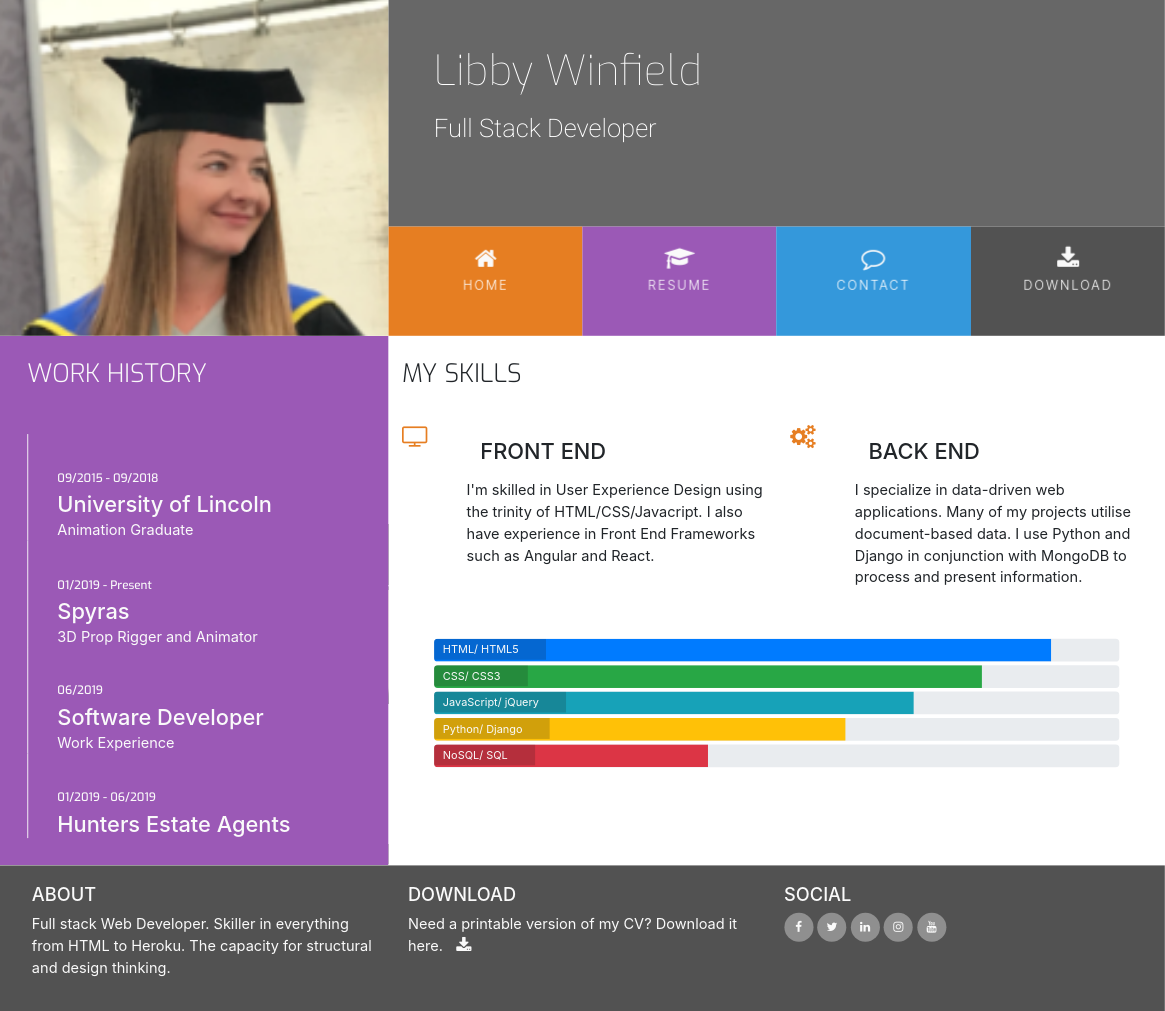
Repository: LibbyWin/CV
Page: resume.html
The author's editor kept a record of every edit. The page is drawn from the files as they stood at one moment, then again after the next edit.
The browser window is 1280 px wide. The pictures show the whole page, at 91% of full size.

Above is the page before.

### resume.html
<!DOCTYPE html>
<html lang="en">

<head>
    <meta charset="UTF-8">
    <meta name="viewport" content="width=device-width, initial-scale=1.0">
    <meta http-equiv="X-UA-Compatible" content="ie=edge">
    <link rel="stylesheet" href="https://stackpath.bootstrapcdn.com/bootstrap/4.3.1/css/bootstrap.min.css" type="text/css" />
    <link rel="stylesheet" href="https://stackpath.bootstrapcdn.com/font-awesome/4.7.0/css/font-awesome.min.css" type="text/css" />
    <link rel="stylesheet" href="https://cdnjs.cloudflare.com/ajax/libs/hover.css/2.3.1/css/hover-min.css" type="text/css" />
    <link rel="stylesheet" href="assets/css/style.css" type="text/css" />
    <title>Libby Winfield</title>
    <style>
        @import url('https://fonts.googleapis.com/css?family=Exo&display=swap');
    </style>
</head>

<body>
    <header>
        <div class="row no-gutters">
            <a href="index.html" class="col-md-4 logo">

            </a>
            <div class="col-md-8">
                <div class="row no-gutters bg-color-name-title">
                    <div class="col heading">
                        <h1 class="name">Libby Winfield</h1>
                        <h2 class="title">Full Stack Developer</h2>

                    </div>
                </div>
                <div class="row no-gutters">
                    <div class="col">
                        <ul id="nav" class="list-inline menucontainer">
                            <li class="col-6 col-sm-3 ui-menu-color-home list-inline-item menuitem">
                                <a href="#" class="hvr-sweep-to-bottom"><i class="fa fa-home" aria-hidden_"true"></i><span>Home</span></a>
                            </li>
                            <li class="col-6 col-sm-3 ui-menu-color-resume list-inline-item menuitem">
                                <a href="#" class="hvr-sweep-to-bottom"><i class="fa fa-graduation-cap" aria-hidden="true"></i><span>Resume</span></a>
                            </li>
                            <li class="col-6 col-sm-3 ui-menu-color-contact list-inline-item menuitem">
                                <a href="#" class="hvr-sweep-to-bottom"><i class="fa fa-comment-o" aria-hidden="true"></i><span>Contact</span></a>
                            </li>
                            <li class="col-6 col-sm-3 ui-menu-color-download list-inline-item menuitem">
                                <a href="#" class="hvr-sweep-to-bottom"><i class="fa fa-download" aria-hidden="true"></i><span>Download</span></a>
                            </li>
                        </ul>
                    </div>
                </div>


            </div>
        </div>
    </header>
    <section class="container-fluid">
        <div class="row">
            <div class="col-md-4 bg-color-work-history section-column">
                <div class="row">
                    <div class="col-12">
                        <h3 class="history-heading uppercase">
                            Work History
                        </h3>
                    </div>
                </div>
                <div class="timeline-item" data-dates="09/2015 - 09/2018">
                    <h4>University of Lincoln</h4>
                    <p>Animation Graduate</p>
                </div>

                <div class="timeline-item" data-dates="01/2019 - Present">
                    <h4>Spyras</h4>
                    <p>3D Prop Rigger and Animator</p>
                </div>

                <div class="timeline-item" data-dates="06/2019">
                    <h4>Software Developer</h4>
                    <p>Work Experience</p>
                </div>
                <div class="timeline-item" data-dates="01/2019 - 06/2019">
                    <h4>Hunters Estate Agents</h4>
                    <p></p>
                </div>
            </div>
            <div class="col-md-8 bg-color-three-reasons">
                <div class="row">
                    <div class="col">
                        <h3 class="section-heading uppercase">My Skills</h3>
                    </div>
                </div>
                <div class="row">
                    <div class="col-10 offset-1 offset-sm-0 col-sm-4 col-md-6">
                        <div class="row">
                            <div class="col-2">
                                <i class="three-reasons-icon fa fa-tv" aria-hidden="true"></i>
                            </div>
                            <div class="col-10">
                                <h4 class="three-reasons-heading uppercase">Front End</h4>
                                <p>I'm skilled in User Experience Design using the trinity of HTML/CSS/Javacript. I also have experience in Front End Frameworks such as Angular and React. </p>
                            </div>
                        </div>
                    </div>
                    <div class="col-10 offset-1 offset-sm-0 col-sm-4 col-md-6">
                        <div class="row">
                            <div class="col-2">
                                <i class="three-reasons-icon fa fa-gears" aria-hidden="true"></i>
                            </div>
                            <div class="col-10">
                                <h4 class="three-reasons-heading uppercase">Back End</h4>
                                <p>I specialize in data-driven web applications. Many of my projects utilise document-based data. I use Python and Django in conjunction with MongoDB to process and present information.</p>
                            </div>
                        </div>
                    </div>
                </div>
                <div class="row progress-section">
                    <div class="col">
                        <div class="progress">
                            <div class="progress-bar" role="progressbar" style="width: 90%" aria-valuenow="90" aria-valuemin="0" aria-valuemax="100">
                                <span class="sr-only">90% complete</span>
                            </div>
                            <span class="progress-type">HTML/ HTML5</span>
                        </div>

                        <div class="progress">
                            <div class="progress-bar bg-success" role="progressbar" style="width: 80%" aria-valuenow="80" aria-valuemin="0" aria-valuemax="100">
                                <span class="sr-only">80% complete</span>
                            </div>
                            <span class="progress-type">CSS/ CSS3</span>
                        </div>

                        <div class="progress">
                            <div class="progress-bar bg-info" role="progressbar" style="width: 70%" aria-valuenow="70" aria-valuemin="0" aria-valuemax="100">
                                <span class="sr-only">70% complete</span>
                            </div>
                            <span class="progress-type">JavaScript/ jQuery</span>
                        </div>

                        <div class="progress">
                            <div class="progress-bar bg-warning" role="progressbar" style="width: 60%" aria-valuenow="60" aria-valuemin="0" aria-valuemax="100">
                                <span class="sr-only">60% complete</span>
                            </div>
                            <span class="progress-type">Python/ Django</span>
                        </div>
                        <div class="progress">
                            <div class="progress-bar bg-danger" role="progressbar" style="width: 40%" aria-valuenow="40" aria-valuemin="0" aria-valuemax="100">
                                <span class="sr-only">40% complete</span>
                            </div>
                            <span class="progress-type">NoSQL/ SQL</span>
                        </div>
                    </div>
                </div>
            </div>
        </div>

    </section>

    <footer class="container-fluid">
        <div id="footer-details" class="row">
            <div class="col-sm-4">
                <h5 class="uppercase genreal-sub">About</h5>
                <p class="inline-block">Full stack Web Developer. Skiller in everything from HTML to Heroku. The capacity for structural and design thinking. </p>
            </div>
            <div class="col-sm-4">
                <h5 class="uppercase genreal-sub">Download</h5>
                </h5>
                <p class="inline-block">
                    Need a printable version of my CV? Download it here.
                    <a href="#" target="_blank" class="cv-pdf">
                        <i class="fa fa-download" aria-hidden="true"></i>
                        <span class="sr-only">Download Link.</span>
                    </a>
                </p>
            </div>
            <div class="col-sm-4">
                <h5 class="uppercase genreal-sub">Social</h5>
                <ul class="list-inline social-links">
                    <li class="list-inline-item">
                        <a target="_blank" href="#">
                            <i class="fa fa-facebook" aria-hidden="true"></i>
                            <span class="sr-only">Facebook</span>
                        </a>
                    </li>

                    <li class="list-inline-item">
                        <a target="_blank" href="#">
                            <i class="fa fa-twitter" aria-hidden="true"></i>
                            <span class="sr-only">Twitter</span>
                        </a>
                    </li>

                    <li class="list-inline-item">
                        <a target="_blank" href="#">
                            <i class="fa fa-linkedin" aria-hidden="true"></i>
                            <span class="sr-only">Linkedin</span>
                        </a>
                    </li>

                    <li class="list-inline-item">
                        <a target="_blank" href="#">
                            <i class="fa fa-instagram" aria-hidden="true"></i>
                            <span class="sr-only">Instagram</span>
                        </a>
                    </li>

                    <li class="list-inline-item">
                        <a target="_blank" href="#">
                            <i class="fa fa-youtube" aria-hidden="true"></i>
                            <span class="sr-only">Youtube</span>
                        </a>
                    </li>
                </ul>
            </div>
        </div>

    </footer>

</body>

</html>

### assets/css/style.css
@import url('https://fonts.googleapis.com/css?family=Roboto:100,200,300,400,500,600,700|Exo:100,200,300,400,500,600,700');

/*--------------------------------------------Colors*/

.bg-color-name-title {
    background-color: #676767;
}

.bg-color-three-reasons {
    background-color: #fff;
}

.bg-color-personal-info {
    background-color: #f4f4f4;
}

.bg-color-work-history {
    background-color: #9b59b6;
}

.ui-menu-color-home {
    background-color: #e67e22;
}

.ui-menu-color-resume {
    background-color: #9b59b6;
}

.ui-menu-color-contact {
    background-color: #3498db;
}

.ui-menu-color-download {
    background-color: #525252;
}

.row-table {
    display: table;
}

.section-column {
    display: table-cell;
    padding: 0 30px 30px;
    float: none;
}

.history-heading,
.section-heading {
    font-family: "Exo", sans-serif;
    font-weight: 300;
    margin-top: 25px;
    margin-bottom: 40px;
}

/* ----------------------------------------Special paddings/margins/text */

h1,
h2,
h3,
h4 {
    margin: 0;
}

.uppercase {
    text-transform: uppercase;
}

.general-sub {
    font-family: "Exo", sans-serif;
    font-weight: 300;
    color: #fafafa;
}

.inline-block {
    display: inline-block;
}

.row-table {
    display: table;
}

.section-column {
    display: table-cell;
    padding: 0 30px 30px;
    float: none;
}

.section-heading {
    font-family: "Exo", sans-serif;
    font-weight: 300;
    margin-top: 25px;
    margin-bottom: 40px;
}

/*-------------------------------------------- Heading*/

header {
    margin: 0;
}

.heading {
    margin-left: 50px;
}

.logo {
    background: url("../images/IMG_1027.JPG");
    background-position: center;
    background-repeat: no-repeat;
    background-size: cover;
    min-height: 360px;
    transition: all .5s ease-in-out;
    -moz-transition: all .5s ease-in-out;
    -webkit-transition: all .5s ease-in-out;
}

.name {
    font-family: "Exo", sans-serif;
    font-weight: 100;
    font-size: 46px;
    margin-top: 50px;
    color: #fff;
}

.title {
    font-family: "Roboto", sans-serif;
    font-weight: 200;
    font-size: 28px;
    margin-top: 20px;
    margin-bottom: 90px;
    color: #fff;
}

.list-inline-item:not(:last-child) {
    margin: 0;
}

.menucontainer {
    font-size: 0;
}

#nav li {
    font-size: 14px;
    padding: 0;
}

#nav {
    margin: 0;
}

.menuitem {
    height: 120px;
    text-align: center;
    padding: 0;
}

.menuitem a {
    width: 100%;
    text-decoration: none;
    color: #fff;
    height: 120px;
}

.menuitem a i {
    padding-top: 22px;
    display: block;
    color: #fafafa;
    font-size: 26px;
}

.menuitem span {
    display: block;
    width: 100%;
    padding-top: 5px;
    text-align: center;
    text-transform: uppercase;
    font-size: 14px;
    font-weight: 300;
    letter-spacing: 2px;
}

/*--------------------------------------------Hover.css*/

.hvr-sweep-to-bottom:before {
    background: rgba(0, 0, 0, 0.2);
    height: 120px;
}

/* ----------------------------------------Footer */

footer {
    background-color: #525252;
    color: #fafafa;
    min-height: 120px;
    margin: 0;
}

.cv-pdf i {
    font-size: 18px;
    color: #fafafa;
    text-align: center;
    padding-left: 10px;
    transition: all 0.35s ease-in-out;
    -moz-transition: all 0.35s ease-in-out;
    -webkit-transition: all 0.35s ease-in-out;
    -o-transition: all 0.35s ease-in-out;
}

.cv-pdf i:hover {
    color: #e84610;
}

.social-links {
    padding-bottom: 15px;
}

.social-links li a i {
    width: 32px;
    height: 32px;
    padding: 12px 0;
    border-radius: 50%;
    font-size: 13px;
    line-height: 7px;
    text-align: center;
    color: #fafafa;
    background: #8f8f8f;
    transition: all 0.35s ease-in-out;
    -moz-transition: all 0.35s ease-in-out;
    -webkit-transition: all 0.35s ease-in-out;
    -o-transition: all 0.35s ease-in-out;
}

.social-links li a i:hover {
    background: #e84610;
}

#footer-details {
    padding: 20px;
}

/*-------------------------------------------- Three REasons*/

.three-reasons-icon {
    font-size: 26px;
    color: #e67e22;
}

.three-reasons-heading {
    margin: 15px;
}

/*-------------------------------------------- Personal Info */

.personal-info-item {
    margin-bottom: 20px;
    display: block;
    clear: both;
}

.personal-info-item .key,
.personal-info-item .value {
    padding-right: 8px;
    display: inline-block;
}

.personal-info-item .key p,
.personal-info-item .value p {
    margin: 0;
}

 .personal-info-item .key {
     width:30%;
     margin-right: 21px;
     padding-top: 2px;
     vertical-align: top;
 }

 .personal-info-item .key p {
     font-weight: 700;
 }

 .personal-info-item .value {
     position: relative;
     width: 60%;
 }

 /*-------------------------------------------- Skills */

 .progress {
     position: relative;
     height: 25px;
     margin-bottom: 4px;
 }

 .progress-type {
     position: absolute;
     left: 0px;
     font-weight: 400;
     padding: 3px 30px 2px 10px;
     color: #fafafa;
     background-color: rgba(25, 25, 25, 0.2)
 }

 .progress-section {
     margin: 40px 20px;
 }

 /* ---------------------------------------- Work History */

 .history-heading {
     color: #fafafa;
     margin-bottom: 50px;
 }

 .timeline-item {
     padding: 4em 2em 0em 2em;
     position: relative;
     color: #fafafa;
     border-left: 1px solid;
 }

  .timeline-item p {
      padding: 0;
      margin: 0;
  }

   .timeline-item:before {
       content: attr(data-dates);
       position: absolute;
       left: 2.5em;
       top: 3em;
       display: block;
       font-family: "Exo", sans-serif;
       font-weight: 500;
       font-size: 0.8em;
       padding: 0;
       margin: 0;
   }

After the next edit:
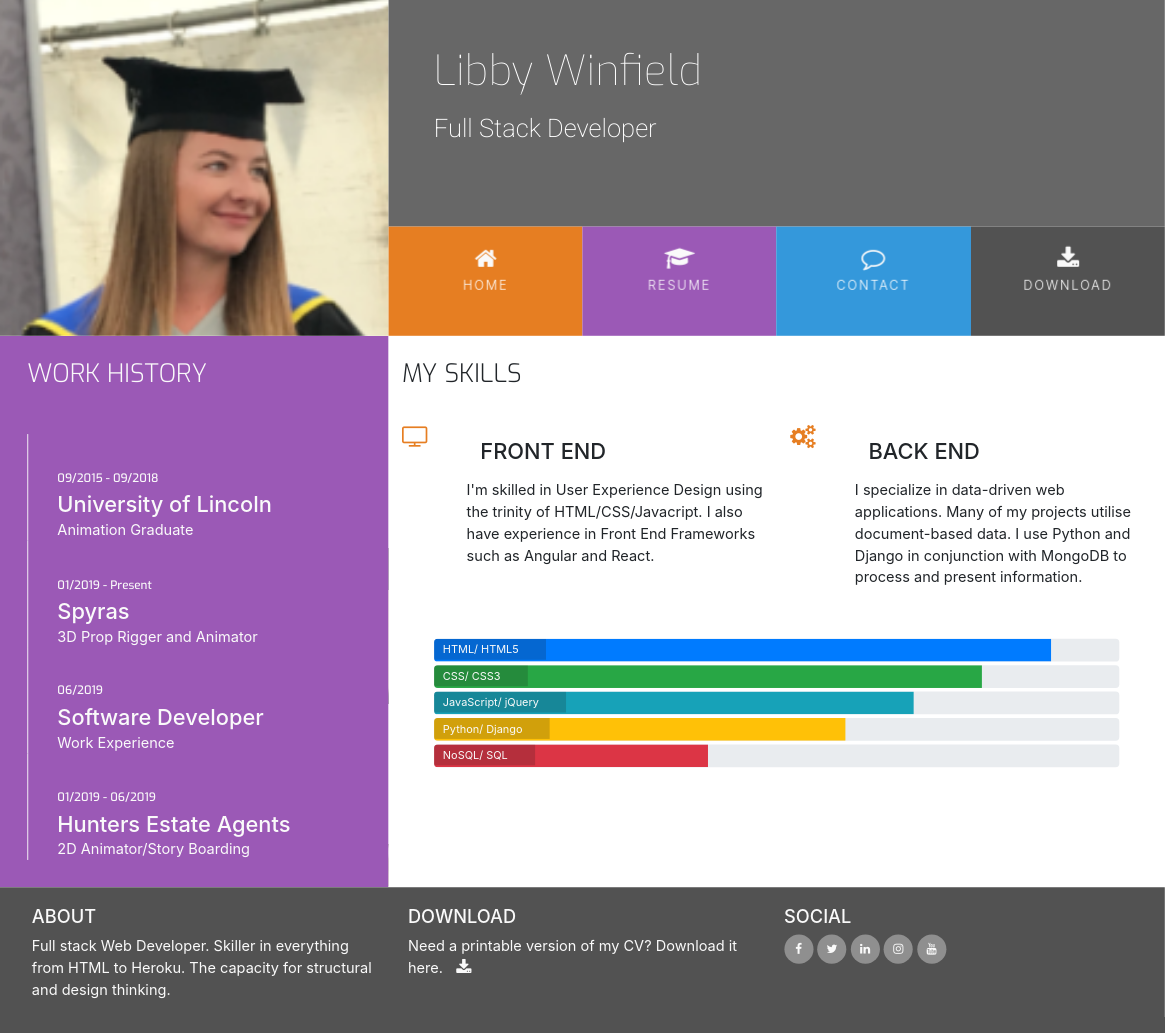
The edit:
--- a/resume.html
+++ b/resume.html
@@ -78,7 +78,7 @@
                 </div>
                 <div class="timeline-item" data-dates="01/2019 - 06/2019">
                     <h4>Hunters Estate Agents</h4>
-                    <p></p>
+                    <p>2D Animator/Story Boarding</p>
                 </div>
             </div>
             <div class="col-md-8 bg-color-three-reasons">
